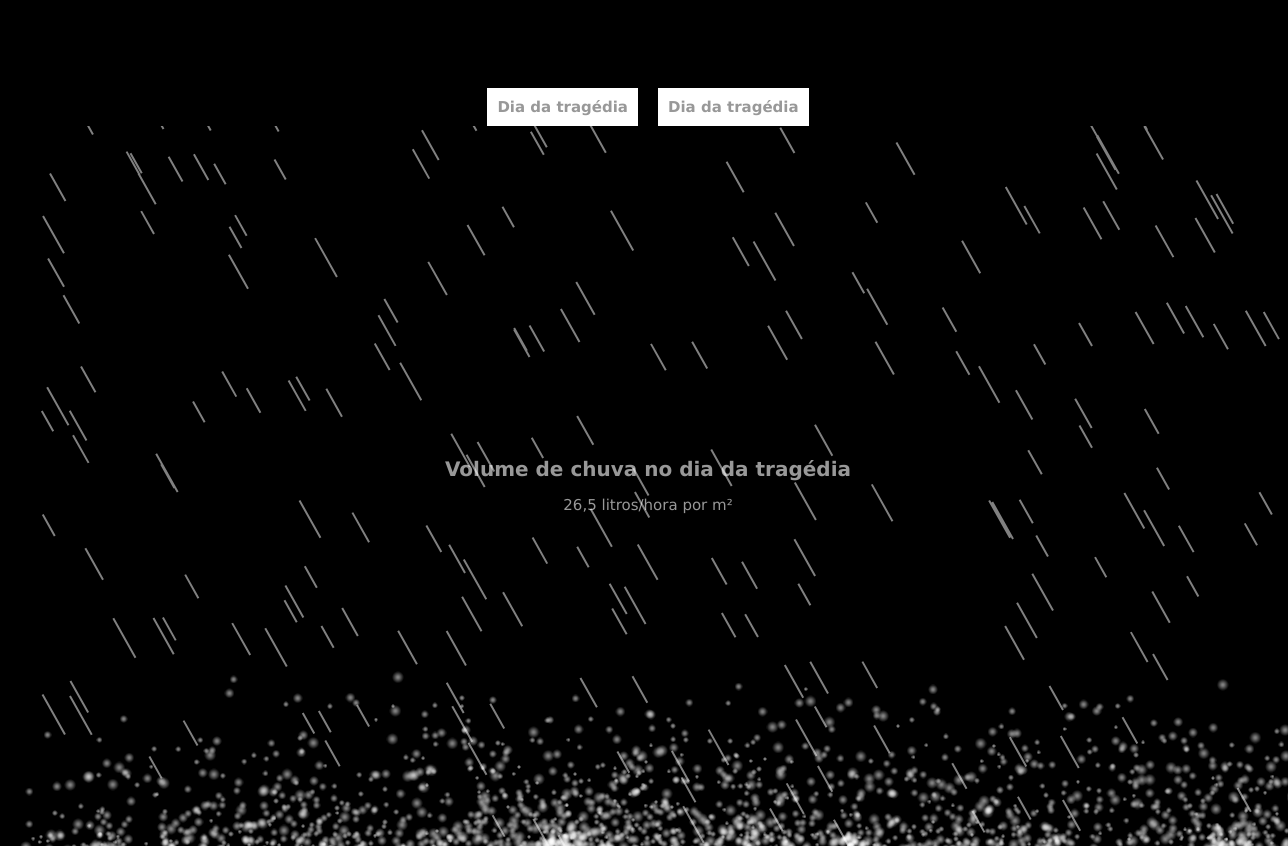
Repository: lucasthaynan/chuvas-estadao
Page: index.html
These files come from the project's save history. The page is drawn as it stood at one moment and after the next save; the edit follows.
The browser window is 1280 px wide. The page is 1288 px wide, so the pictures cover 1288 px, including what lies to the right of the window. The pictures show the whole page.

Above is the page before, as saved 2023-02-24 10:37:27.
Console error: ReferenceError: dat is not defined

### index.html
<!DOCTYPE html>
<html lang="en">
<head>
    <meta charset="UTF-8">
    <meta http-equiv="X-UA-Compatible" content="IE=edge">
    <meta name="viewport" content="width=device-width, initial-scale=1.0">
    <link rel="stylesheet" href="./style.css">
    <title>Document</title>
</head>
<body>

    <div id="instructions"></div>
        <div>
            <h1>Texto teste</h1>
            <div class="btns">
                <div class="btn-nornal">
                    <p>Dia da tragédia</p>
                </div>
                <div class="btn-tragedia">
                    <p>Dia da tragédia</p>
                </div>
            </div>
        </div>
        <canvas id="canvas">Canvas is not supported in your browser

        </canvas>

    <div class="text">
        <p>Volume de chuva no dia da tragédia</p>
        <p class="desc">26,5 litros/hora por m²</p>
    </div>


    <script src="./main.js"></script>
</body>
</html>

### style.css
html, body, canvas, #instructions {
	position: absolute;
	width: 100%;
	height: 100%;
}
body {
background: -moz-linear-gradient(top,  rgb(0, 0, 0) 0%, rgb(0, 0, 0) 100%); /* FF3.6-15 */
background: linear-gradient(to bottom,  rgb(0, 0, 0) 0%,rgba(0, 0, 0, 0.93) 100%);
background: -webkit-linear-gradient(top,  rgb(0, 0, 0) 0%,rgb(0, 0, 0) 100%); /* Chrome10-25,Safari5.1-6 */
/* background: linear-gradient(to bottom,  rgba(8,13,40,1) 0%,rgba(38,19,0,1) 100%); W3C, IE10+, FF16+, Chrome26+, Opera12+, Safari7+ */
}

#instructions {
	opacity: 1;
	transition: opacity 2s;
	background-repeat: no-repeat;
	background-position: center center;
	background-size: contain;
	/* background-image: url(data:[embedded picture, 1818 characters]);
	 */
	@media (max-height: 400px) {
		display: none;
	}
}


.text {
    display: flex;
    justify-content: center;
    width: 100vw;
    height: 100%;
    /* align-content: center; */
    align-items: center;
    flex-direction: column;
    flex-wrap: nowrap;
    gap: 15px;
}

p {
    margin: 0;
    font-weight: 800;
    color: #989898;
    font-size: 20px;
    font-family:'Lucida Sans', 'Lucida Sans Regular', 'Lucida Grande', 'Lucida Sans Unicode', Geneva, Verdana, sans-serif;
}

p.desc {
    font-size: 15px;
    font-weight: 500;
}

div.btns {
    display: flex;
    flex-direction: row;
    align-items: center;
    justify-content: center;
    gap: 20px;
}

div.btns > div {
    background-color: #ffffff;
    padding: 10px;
}

div.btns > div p {
    font-size: 15px;

}

### main.js
// Falling rain simulation using 2D canvas
// - vanilla JS, no frameworks
// - framerate independent physics
// - slow-mo / fast-forward support via demo.speed
// - supports high-DPI screens
// - falling rain particles are drawn as vector lines
// - splash particles are lazily pre-rendered so gradients aren't computed each frame
// - all particles make use of object pooling to further boost performance

// initialize
document.addEventListener("DOMContentLoaded", function() {
	demo.init();
	window.addEventListener('resize', demo.resize);
});

// demo namespace
var demo = {
	// CUSTOMIZABLE PROPERTIES
	// - physics speed multiplier: allows slowing down or speeding up simulation
	speed: 1,
	// - color of particles
	color: {
		r: '255',
		g: '255',
		b: '255',
		a: '0.5'
	},

	// END CUSTOMIZATION
	// whether demo is running
	started: false,
	// canvas and associated context references
	canvas: null,
	ctx: null,
	// viewport dimensions (DIPs)
	width: 0,
	height: 0,
	// devicePixelRatio alias (should only be used for rendering, physics shouldn't care)
	dpr: window.devicePixelRatio || 1,
	// time since last drop
	drop_time: 0,
	// ideal time between drops (changed with mouse/finger)
    drop_delay: 2.5,
	// drop_delay: 156,
	// wind applied to rain (changed with mouse/finger)
    wind: 15,
	// wind: 5,
	// color of rain (set in init)
	rain_color: null,
	rain_color_clear: null,
	// rain particles
	rain: [],
	rain_pool: [],
	// rain droplet (splash) particles
	drops: [],
	drop_pool: []
};

// demo initialization (should only run once)
demo.init = function() {
	if (!demo.started) {
		demo.started = true;
		demo.canvas = document.getElementById('canvas');
		demo.ctx = demo.canvas.getContext('2d');
		var c = demo.color;
		demo.rain_color = 'rgba(' + c.r + ',' + c.g + ',' + c.b + ',' + c.a + ')';
		demo.rain_color_clear = 'rgba(' + c.r + ',' + c.g + ',' + c.b + ',0)';
		demo.resize();
		Ticker.addListener(demo.step);

		//
		const gui = new dat.GUI();
		gui.add(demo, 'speed', 0.2, 2);

		// fade out instructions after a few seconds
		var instructions = document.getElementById('instructions');
		setTimeout(function() {
			instructions.style.opacity = 0;
			setTimeout(function(){
				instructions.parentNode.removeChild(instructions);
			}, 2000);
		}, 4000);
	}
}

// (re)size canvas (clears all particles)
demo.resize = function() {
	// localize common references
	var rain = demo.rain;
	var drops = demo.drops;
	// recycle particles
	for (var i = rain.length - 1; i >= 0; i--) {
			rain.pop().recycle();
	}
	for (var i = drops.length - 1; i >= 0; i--) {
			drops.pop().recycle();
	}
	// resize
	demo.width = window.innerWidth;
	demo.height = window.innerHeight;
	demo.canvas.width = demo.width * demo.dpr;
	demo.canvas.height = demo.height * demo.dpr;
}

demo.step = function(time, lag) {
	// localize common references
	var demo = window.demo;
	var speed = demo.speed;
	var width = demo.width;
	var height = demo.height;
	var wind = demo.wind;
	var rain = demo.rain;
	var rain_pool = demo.rain_pool;
	var drops = demo.drops;
	var drop_pool = demo.drop_pool;

	// multiplier for physics
	var multiplier = speed * lag;

	// spawn drops
	demo.drop_time += time * speed;
	while (demo.drop_time > demo.drop_delay) {
		demo.drop_time -= demo.drop_delay;
		var new_rain = rain_pool.pop() || new Rain();
		new_rain.init();
		var wind_expand = Math.abs(height / new_rain.speed * wind); // expand spawn width as wind increases
		var spawn_x = Math.random() * (width + wind_expand);
		if (wind > 0) spawn_x -= wind_expand;
		new_rain.x = spawn_x;
		rain.push(new_rain);
	}

	// rain physics
	for (var i = rain.length - 1; i >= 0; i--) {
		var r = rain[i];
		r.y += r.speed * r.z * multiplier;
		r.x += r.z * wind * multiplier;
		// remove rain when out of view
		if (r.y > height) {
			// if rain reached bottom of view, show a splash
			r.splash();
		}
		// recycle rain
		if (r.y > height + Rain.height * r.z || (wind < 0 && r.x < wind) || (wind > 0 && r.x > width + wind)) {
			r.recycle();
			rain.splice(i, 1);
		}
	}

	// splash drop physics
	var drop_max_speed = Drop.max_speed;
	for (var i = drops.length - 1; i >= 0; i--) {
		var d = drops[i];
		d.x += d.speed_x * multiplier;
		d.y += d.speed_y * multiplier;
		// apply gravity - magic number 0.3 represents a faked gravity constant
		d.speed_y += 0.3 * multiplier;
		// apply wind (but scale back the force)
		d.speed_x += wind / 25 * multiplier;
		if (d.speed_x < -drop_max_speed) {
			d.speed_x = -drop_max_speed;
		}else if (d.speed_x > drop_max_speed) {
			d.speed_x = drop_max_speed;
		}
		// recycle
		if (d.y > height + d.radius) {
			d.recycle();
			drops.splice(i, 1);
		}
	}

	demo.draw();
}

demo.draw = function() {
	// localize common references
	var demo = window.demo;
	var width = demo.width;
	var height = demo.height;
	var dpr = demo.dpr;
	var rain = demo.rain;
	var drops = demo.drops;
	var ctx = demo.ctx;

	// start fresh
	ctx.clearRect(0, 0, width*dpr, height*dpr);

	// draw rain (trace all paths first, then stroke once)
	ctx.beginPath();
	var rain_height = Rain.height * dpr;
	for (var i = rain.length - 1; i >= 0; i--) {
		var r = rain[i];
		var real_x = r.x * dpr;
		var real_y = r.y * dpr;
		ctx.moveTo(real_x, real_y);
		// magic number 1.5 compensates for lack of trig in drawing angled rain
		ctx.lineTo(real_x - demo.wind * r.z * dpr * 1.5, real_y - rain_height * r.z);
	}
	ctx.lineWidth = Rain.width * dpr;
	ctx.strokeStyle = demo.rain_color;
	ctx.stroke();

	// draw splash drops (just copy pre-rendered canvas)
	for (var i = drops.length - 1; i >= 0; i--) {
		var d = drops[i];
		var real_x = d.x * dpr - d.radius;
		var real_y = d.y * dpr - d.radius;
		ctx.drawImage(d.canvas, real_x, real_y);
	}
}


// Rain definition
function Rain() {
	this.x = 0;
	this.y = 0;
	this.z = 0;
	this.speed = 25;
	this.splashed = false;
}
Rain.width = 2;

// TAMANHO DAS GOSTAS DE CHUVA - 40 = PADRAO
Rain.height = 40;
Rain.prototype.init = function() {
	this.y = Math.random() * -100;

    // VELOCIDADE DE QUEDA DA CHUVA - 0.5 + 0.5 = PADRAO
	this.z = Math.random() * 0.5 + 0.5;
	this.splashed = false;
}
Rain.prototype.recycle = function() {
	demo.rain_pool.push(this);
}
// recycle rain particle and create a burst of droplets
Rain.prototype.splash = function() {
	if (!this.splashed) {
		this.splashed = true;
		var drops = demo.drops;
		var drop_pool = demo.drop_pool;

		for (var i=0; i<16; i++) {
			var drop = drop_pool.pop() || new Drop();
			drops.push(drop);
			drop.init(this.x);
		}
	}
}


// Droplet definition
function Drop() {
	this.x = 0;
	this.y = 0;
	this.radius = Math.round(Math.random() * 4 + 2) * demo.dpr;
	this.speed_x = 0;
	this.speed_y = 0;
	this.canvas = document.createElement('canvas');
	this.ctx = this.canvas.getContext('2d');

	// render once and cache
	var diameter = this.radius * 2;
	this.canvas.width = diameter;
	this.canvas.height = diameter;

	var grd = this.ctx.createRadialGradient(this.radius, this.radius , 1, this.radius, this.radius, this.radius);
	grd.addColorStop(0, demo.rain_color);
	grd.addColorStop(1, demo.rain_color_clear);
	this.ctx.fillStyle = grd;
	this.ctx.fillRect(0, 0, diameter, diameter);
}

// DISPERCAO DOS PINGOS NO CHAO
Drop.max_speed = 10;

Drop.prototype.init = function(x) {
	this.x = x;
	this.y = demo.height;
	var angle = Math.random() * Math.PI - (Math.PI * 0.5);
	var speed = Math.random() * Drop.max_speed;
	this.speed_x = Math.sin(angle) * speed;
	this.speed_y = -Math.cos(angle) * speed;
}
Drop.prototype.recycle = function() {
	demo.drop_pool.push(this);
}




// handle interaction
demo.mouseHandler = function(evt) {
	demo.updateCursor(evt.clientX, evt.clientY);
}
demo.touchHandler = function(evt) {
	evt.preventDefault();
	var touch = evt.touches[0];
	demo.updateCursor(touch.clientX, touch.clientY);
}
demo.updateCursor = function(x, y) {
	x /= demo.width;
	y /= demo.height;
	var y_inverse = (1 - y);

	demo.drop_delay = y_inverse*y_inverse*y_inverse * 100 + 2;
	demo.wind = (x - 0.5) * 50;
}

// document.addEventListener('mousemove', demo.mouseHandler);
// document.addEventListener('touchstart', demo.touchHandler);
// document.addEventListener('touchmove', demo.touchHandler);



// Frame ticker helper module
var Ticker = (function(){
	var PUBLIC_API = {};

	// public
	// will call function reference repeatedly once registered, passing elapsed time and a lag multiplier as parameters
	PUBLIC_API.addListener = function addListener(fn) {
		if (typeof fn !== 'function') throw('Ticker.addListener() requires a function reference passed in.');

		listeners.push(fn);

		// start frame-loop lazily
		if (!started) {
			started = true;
			queueFrame();
		}
	};

	// private
	var started = false;
	var last_timestamp = 0;
	var listeners = [];
	// queue up a new frame (calls frameHandler)
	function queueFrame() {
		if (window.requestAnimationFrame) {
			requestAnimationFrame(frameHandler);
		} else {
			webkitRequestAnimationFrame(frameHandler);
		}
	}
	function frameHandler(timestamp) {
		var frame_time = timestamp - last_timestamp;
		last_timestamp = timestamp;
		// make sure negative time isn't reported (first frame can be whacky)
		if (frame_time < 0) {
			frame_time = 17;
		}
		// - cap minimum framerate to 15fps[~68ms] (assuming 60fps[~17ms] as 'normal')
		else if (frame_time > 68) {
			frame_time = 68;
		}

		// fire custom listeners
		for (var i = 0, len = listeners.length; i < len; i++) {
			listeners[i].call(window, frame_time, frame_time / 16.67);
		}

		// always queue another frame
		queueFrame();
	}

	return PUBLIC_API;
}());

After the next save:
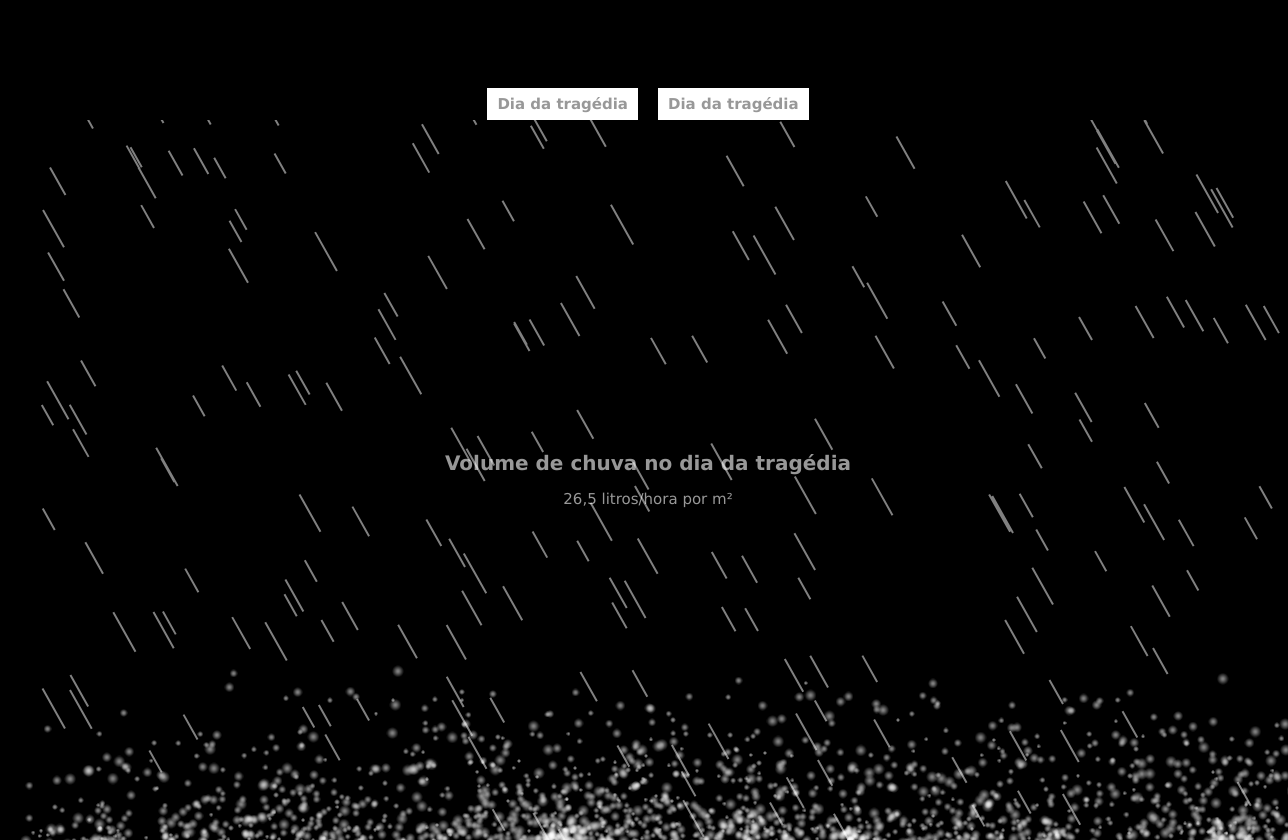
Saved 10 s later.
--- a/style.css
+++ b/style.css
@@ -59,7 +59,7 @@ div.btns {
 
 div.btns > div {
     background-color: #ffffff;
-    padding: 10px;
+    padding: 7px 10px;
 }
 
 div.btns > div p {
